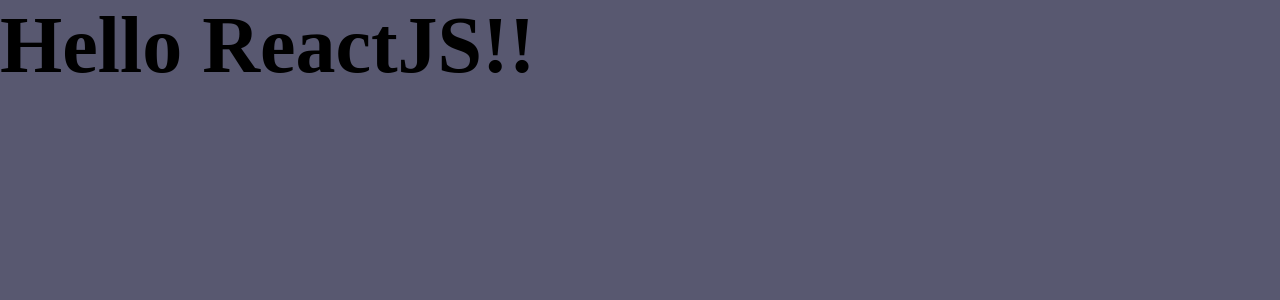
Repository: niltonmalves/01-githug-explorer
Page: /
These files come from the project's save history. The page is drawn as it stood at one moment and after the next save; the edit follows.
The browser window is 1280 px wide. The pictures show the whole page.
The project was rebuilt for these pictures with package versions that can differ from the ones it lists, and the page was loaded fresh each time. Also part of the build but not shown: webpack.config.js.

Above is the page before, as saved 2022-01-06 14:33:55.

### public/index.html
<!DOCTYPE html>
<html lang="en">
<head>
    <meta charset="UTF-8">
    <meta http-equiv="X-UA-Compatible" content="IE=edge">
    <meta name="viewport" content="width=device-width, initial-scale=1.0">
    <title>Github Explore</title>
</head>
<body>
    <div id="root"></div>

</body>
</html>

### src/index.jsx
import {render} from 'react-dom';
import { App } from './App';

render(<App/>, document.getElementById('root'))

### src/App.jsx
import './styles/global.scss';

export function App(){
    return <h1>Hello ReactJS!!</h1>
}

### src/styles/global.scss
* {
    margin: 0;
    padding: 0;
    box-sizing: border-box;
}

body {
    font: Arial, Helvetica, sans-serif;
    background-color: rgb(88, 88, 112);
    h1 {
        font-size: 80px;
    }
}

### src/components/RepositoryList.jsx
export function RepositoryList() {
    return (
        <section className="repository-list">
      <h1>Lista de repositorios</h1>
      <ul>
          <li>
              <strong>unform</strong>
              <p>Forms in React</p>
              <a href="">
                  acessar repositorio
              </a>
          </li>

          <li>
              <strong>unform</strong>
              <p>Forms in React</p>
              <a href="">
                  acessar repositorio
              </a>
          </li>
          <li>
              <strong>unform</strong>
              <p>Forms in React</p>
              <a href="">
                  acessar repositorio
              </a>
          </li>
      </ul>
        </section>
    );
}

After the next save:
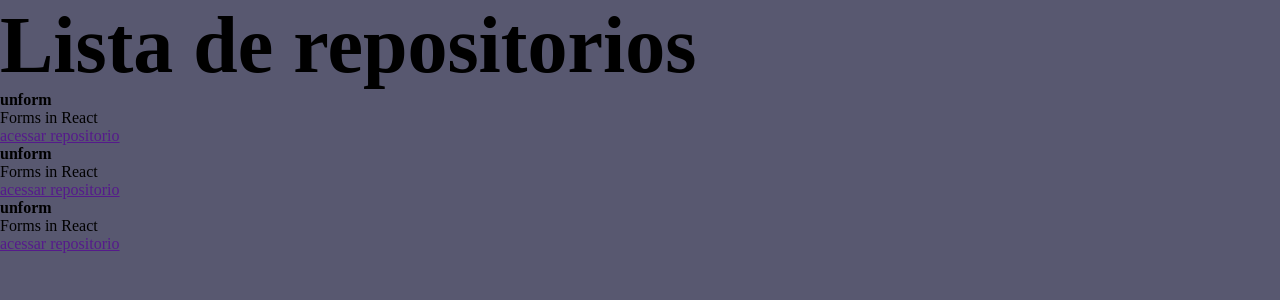
Saved 68 s later.
--- a/src/App.jsx
+++ b/src/App.jsx
@@ -1,5 +1,6 @@
+import { RepositoryList } from './components/RepositoryList';
 import './styles/global.scss';
 
 export function App(){
-    return <h1>Hello ReactJS!!</h1>
+    return <RepositoryList></RepositoryList>
 }
